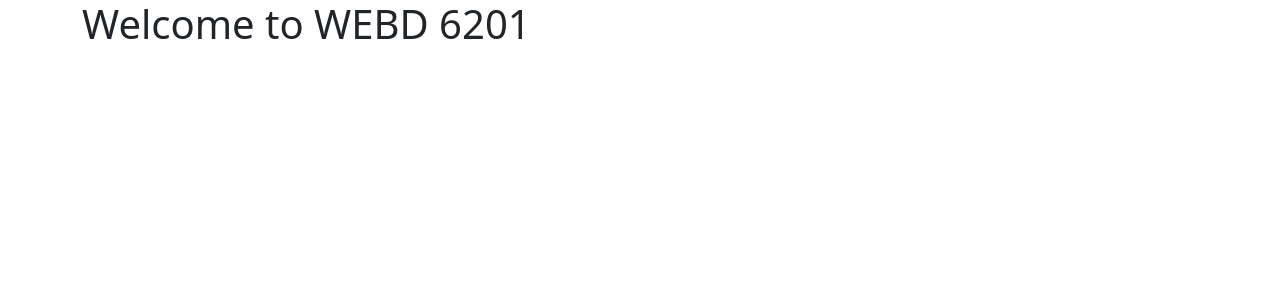
Repository: AshokSasi/WEBD6201-Week3
Page: index.html
The author's editor kept a copy of each file at every save. The page is drawn from the files as they stood at one save, then again after the next save.
The browser window is 1280 px wide. The pictures show the whole page.

Above is the page before, as saved 2021-01-20 09:05:31.

### index.html
<!DOCTYPE html>
<html lang="en">
<head>
    <meta charset="UTF-8">
    <meta name="viewport" content="width=device-width, initial-scale=1.0">
    <title>WEBD6201 - W2021 - ICE 1</title>
    <!-- CSS Section-->
    <link rel="stylesheet" href="./Content/app.css">
    <link rel="stylesheet" href="./node_modules/bootstrap/dist/css/bootstrap.min.css">
    <link rel="stylesheet" href="./node_modules/@fortawesome/fontawesome-free/css/all.min.css">
</head>
<body>

    <main class="container">
        <h1>Welcome to WEBD 6201</h1>

    </main>

    <!--Javascript section-->
    <script src="./Scripts/app.js"></script>
    <script src="./node_modules/jquery/dist/jquery.min.js"></script>
    <script src="./node_modules/bootstrap/dist/js/bootstrap.bundle.min.js"></script>
</body>
</html>

### Scripts/app.js

//IIFE Immediately Function Expression
//AKA - Anonymous Self- Executing Function
//Closure - Limits scop leak

(function()
{
    function Start()
    {
        console.log("App started ...");

    }
    window.addEventListener("load", Start);
})();

Loaded but not shown: node_modules/bootstrap/dist/css/bootstrap.min.css (library); node_modules/@fortawesome/fontawesome-free/css/all.min.css (library); node_modules/jquery/dist/jquery.min.js (library); node_modules/bootstrap/dist/js/bootstrap.bundle.min.js (library); Content/app.css (no stored copy; drawn as an empty file)

After the next save:
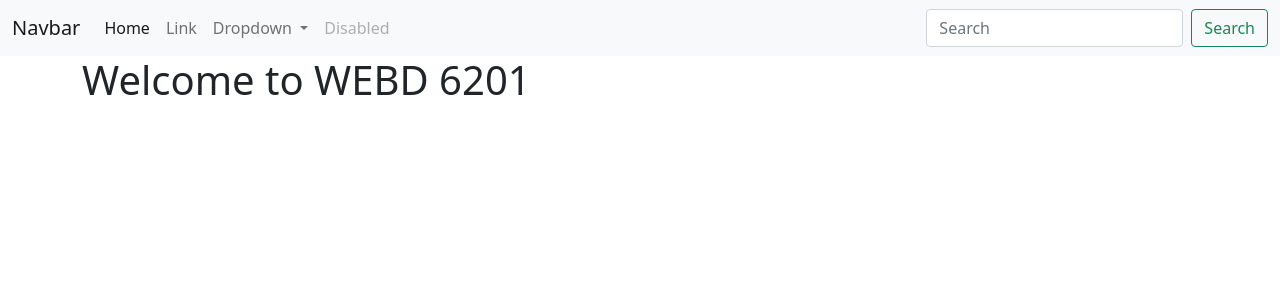
Saved 70 s later.
--- a/index.html
+++ b/index.html
@@ -10,6 +10,44 @@
     <link rel="stylesheet" href="./node_modules/@fortawesome/fontawesome-free/css/all.min.css">
 </head>
 <body>
+    <header>
+        <nav class="navbar navbar-expand-lg navbar-light bg-light">
+            <div class="container-fluid">
+              <a class="navbar-brand" href="#">Navbar</a>
+              <button class="navbar-toggler" type="button" data-bs-toggle="collapse" data-bs-target="#navbarSupportedContent" aria-controls="navbarSupportedContent" aria-expanded="false" aria-label="Toggle navigation">
+                <span class="navbar-toggler-icon"></span>
+              </button>
+              <div class="collapse navbar-collapse" id="navbarSupportedContent">
+                <ul class="navbar-nav me-auto mb-2 mb-lg-0">
+                  <li class="nav-item">
+                    <a class="nav-link active" aria-current="page" href="#">Home</a>
+                  </li>
+                  <li class="nav-item">
+                    <a class="nav-link" href="#">Link</a>
+                  </li>
+                  <li class="nav-item dropdown">
+                    <a class="nav-link dropdown-toggle" href="#" id="navbarDropdown" role="button" data-bs-toggle="dropdown" aria-expanded="false">
+                      Dropdown
+                    </a>
+                    <ul class="dropdown-menu" aria-labelledby="navbarDropdown">
+                      <li><a class="dropdown-item" href="#">Action</a></li>
+                      <li><a class="dropdown-item" href="#">Another action</a></li>
+                      <li><hr class="dropdown-divider"></li>
+                      <li><a class="dropdown-item" href="#">Something else here</a></li>
+                    </ul>
+                  </li>
+                  <li class="nav-item">
+                    <a class="nav-link disabled" href="#" tabindex="-1" aria-disabled="true">Disabled</a>
+                  </li>
+                </ul>
+                <form class="d-flex">
+                  <input class="form-control me-2" type="search" placeholder="Search" aria-label="Search">
+                  <button class="btn btn-outline-success" type="submit">Search</button>
+                </form>
+              </div>
+            </div>
+          </nav>
+    </header>
 
     <main class="container">
         <h1>Welcome to WEBD 6201</h1>
